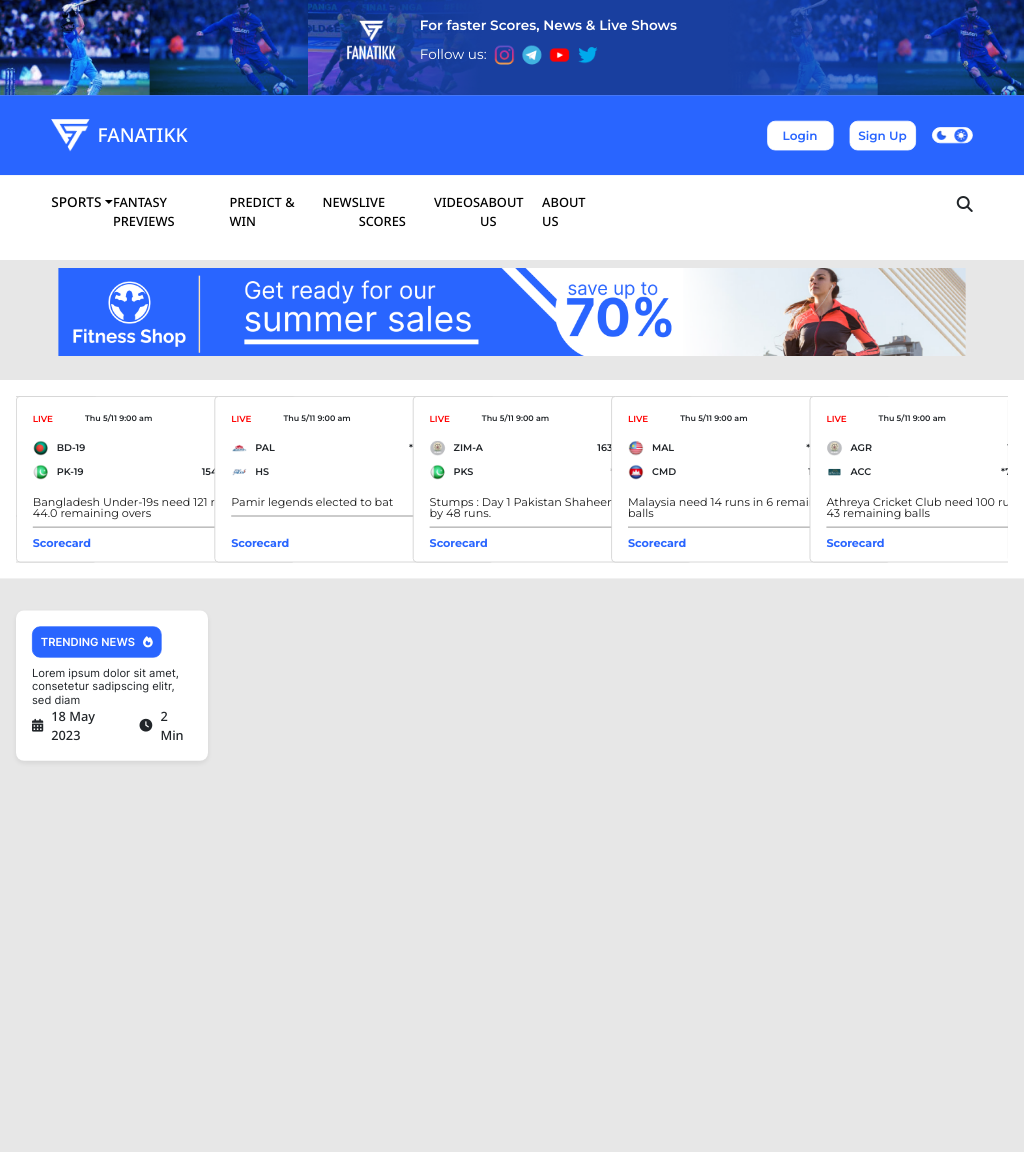
Repository: FlyweisReact/Kannapa
Page: /
An editor plug-in stored every save of this project. The page is shown before and after a run of saves, followed by the edit.
The browser window is 1280 px wide. The pictures show the whole page, at 80% of full size.
Some web libraries are served in a nearby version. The project was rebuilt for these pictures with package versions that can differ from the ones it lists, and the page was loaded fresh each time. Also part of the build but not shown: src/Components/Layout/Footer.js, src/Components/Sliders/Index-video-Slider.js, src/Components/firstScreen.jsx, src/Components/secondScreen.jsx, src/Components/thirdScreen.jsx, src/Components/fourthScreen.jsx, src/CSS/Footer.css.

Above is the page before, as saved 2023-06-03 13:35:46.

### public/index.html
<!DOCTYPE html>
<html lang="en">
  <head>
    <meta charset="utf-8" />
    <link rel="icon" href="%PUBLIC_URL%/favicon.ico" />
    <meta name="viewport" content="width=device-width, initial-scale=1" />
    <meta name="theme-color" content="#000000" />
    <meta
      name="description"
      content="Web site created using create-react-app"
    />
    <link rel="apple-touch-icon" href="%PUBLIC_URL%/logo192.png" />

    <link rel="manifest" href="%PUBLIC_URL%/manifest.json" />
    <link href="https://fonts.googleapis.com/css2?family=Roboto+Mono:ital,wght@1,300&display=swap" rel="stylesheet">
    <title>React App</title>
  </head>
  <body>
    <noscript>You need to enable JavaScript to run this app.</noscript>
    <div id="root"></div>
    <script src="https://code.jquery.com/jquery-3.6.0.min.js"></script>
    <script src="https://kit.fontawesome.com/b533b351e4.js" crossorigin="anonymous"></script>
  </body>
</html>

### src/index.js
import React from 'react';
import ReactDOM from 'react-dom/client';
import './index.css';
import App from './App';
import {BrowserRouter} from "react-router-dom";
import 'bootstrap/dist/css/bootstrap.min.css';
import 'slick-carousel/slick/slick.css';
import 'slick-carousel/slick/slick-theme.css';

const root = ReactDOM.createRoot(document.getElementById('root'));
root.render(
  <React.StrictMode>
    <BrowserRouter>
      <App />
    </BrowserRouter>
  </React.StrictMode>
);

### src/index.css
/* Fonts */
@font-face {
  font-family:  Noto Sans;
  src: url(../Fonts/NotoSans-Medium.ttf);
}
@font-face {
  font-family:  Montserrat;
  src: url(../Fonts/Montserrat-Italic-VariableFont_wght.ttf);
}
@font-face {
  font-family:  MontserratNormal;
  src: url(../Fonts/Montserrat-VariableFont_wght.ttf);
}
@font-face {
  font-family:  Inter;
  src: url(../Fonts/Inter-VariableFont_slnt\,wght.ttf);
}

/* Var() */
:root {
  --mediumFont: 24px;
}


body {
  margin: 0;
  font-family: NOto Sans;
  background-color: #e7e7e7 !important;
}
* {
  padding: 0;
  margin: 0;
  font-family: Noto Sans;
}
code {
  font-family:Noto Sans;
}
html{
  font-family: Noto Sans;
}

/* === first screen styling ====*/



.second1 {
  display: flex;
  justify-content: space-between;
  margin-left: 5%;
  width: 90%;
  margin-top: 30px;
  gap: 20px;
}
.second1l {
  width: 70%;
}
.second2 {
  background-color: #fff;
}
.second2 img {
  width: 100%;
}
.second2 p {
  font-family: "Segoe UI";
  font-style: normal;
  font-weight: 400;
  font-size: 19.5298px;
  line-height: 25px;
  text-align: left;
  color: #1d1d1d;
}

.second2 h2 {
  font-family: "Segoe UI";
  font-style: normal;
  font-weight: 700;
  font-size: 30.8351px;
  line-height: 53px;
  text-align: left;
  color: #1d1d1d;
}

.second2 h5 {
  font-family: "Segoe UI";
  font-style: normal;
  font-weight: 400;
  font-size: 20.6316px;
  line-height: 39px;
  text-align: left;
  color: #1d1d1d;
  margin: 5px;
}
.second2 h6 {
  text-align: left;
  font-weight: 400;
  font-size: 21.3053px;
  line-height: 29px;
  margin-top: 5px;
}
.sp {
  color: #2965ff;
}
.second1r {
  width: 30%;
}
.second3 {
  background-color: #fff;
  width: 100%;
  box-shadow: 0px 3.6px 7.2px rgba(0, 0, 0, 0.08);
  border-radius: 12px;
}
.second3 button {
  width: 123.8px;
  height: 44.2px;
  background: #2965ff;
  border-radius: 12px;
  color: #fff;
  border: none;
  margin-left: 0px;
  margin-top: 5px;
  margin-bottom: 5px;
}

.second4 {
  margin: 2px;
}
.second4 img {
  width: 100%;
  height: 200px;
  display: flex;
  flex-direction: column;
}
.second4 h6 {
  font-family: "Montserrat";
  font-style: normal;
  font-weight: 900;
  font-size: 13.2px;
  line-height: 17px;
  text-align: left;
  color: #1d1d1d;
  margin-top: 8px;
}
.second4 h3 {
  font-family: "Montserrat";
  font-style: normal;
  font-weight: 600;
  font-size: 22px;
  line-height: 31px;
  text-align: left;
  color: #1d1d1d;
  margin-top: 10px;
}

.horizontal {
  border: 1px solid #e6e6e6;
}

.second5 {
  display: flex;
  justify-content: space-between;
  margin-top: 10px;
  gap: 10px;
  width: 100%;
}
.second5l {
  width: 49%;
}
.second5r {
  width: 49%;
}
.second5l img {
  width: 100%;
  padding: 10px;
  border-radius: 12px;
}
.second5r {
  padding: 10px;
}
.second5r h6 {
  font-family: "Montserrat";
  font-style: normal;
  font-weight: 900;
  font-size: 13.2px;
  line-height: 17px;
  text-align: left;
  color: #1d1d1d;
}
.second5r p {
  font-family: "Montserrat";
  font-style: normal;
  font-weight: 600;
  font-size: 20.6px;
  line-height: 26px;
  text-align: left;
  color: #1d1d1d;
  margin-top: 5px;
}

.second6 {
  margin-top: 20px;
  width: 100%;
}
.second6 img {
  width: 100%;
}
.sec3 {
  margin-top: 40px;
}
.sec2 {
  margin-top: 40px;
}

.third1 {
  display: block;
  justify-content: center;
  gap: 20px;
  width: 90%;
  margin: auto;
  margin-top: 40px;

  background-color: #fff;
}
.third2 {
  width: 10%;
  height: 40px;
  background: #2965ff;
  border-radius: 4px;
  border: none;
  margin-top: 10px;
  margin-bottom: 10px;
  margin-right: 10px;
  color: #fff;
  font-family: "Noto Sans";
  font-style: normal;
  font-weight: 700;
  font-size: 14px;
  line-height: 19px;
  color: #ffffff;
}

.third3 {
  width: 10%;
  height: 40px;
  background: #bfbfbf;
  border-radius: 4px;
  border: none;
  margin-top: 10px;
  margin-bottom: 10px;
  margin-right: 10px;
  color: #fff;
  font-family: "Noto Sans";
  font-style: normal;
  font-weight: 700;
  font-size: 14px;
  line-height: 19px;
  color: #1d1d1d;
}

.third4 {
  display: flex;
  gap: 20px;
  justify-content: space-between;
  width: 90%;
  margin: auto;
  margin-top: 30px;
}
.third4l {
  width: 70%;
}
.third4r {
  width: 30%;
}
.third5 {
  display: flex;
  justify-content: space-between;
  background-color: #fff;
  height: 40px;
}
.third5 p {
  font-family: "Montserrat";
  font-style: normal;
  font-weight: 600;
  font-size: 16.7639px;
  line-height: 35px;
  margin-left: 20px;
  color: #1d1d1d;
  margin-bottom: 5px;
  margin-top: 10;
}
.third5 button {
  width: 10%;
  background: #2965ff;
  border-radius: 4px;
  border: none;
  color: #fff;
  height: 35px;
}
.third6 {
  display: grid;
  grid-template-columns: auto auto;
  margin-top: 20px;
  gap: 20px;
}
.third6itm {
  height: 100%;
  background: #ffffff;
  border: 1px solid #bfbfbf;
  box-shadow: 0px 2.21114px 4.42229px rgba(0, 0, 0, 0.08);
  border-radius: 11.0557px;
}
.third7 {
  display: flex;
  justify-content: space-between;
  width: 96%;
  margin: auto;
  margin-top: 20px;
}
.third7l {
  display: flex;
  gap: 10px;
}
.third7l img {
  height: 40px;
}
.third7 h5 {
  font-weight: 700;
  font-size: 20.478px;
  line-height: 21px;
  color: #000000;
  margin-top: 5px;
}
.third6itm h4 {
  font-family: "Arial";
  font-style: normal;
  font-weight: 600;
  font-size: 22.6891px;
  line-height: 22px;
  text-align: left;
  color: #000000;
  margin-top: 10px;
  margin-left: 6px;
}
.third6itm p {
  font-family: "Arial";
  font-weight: 400;
  font-size: 14.3724px;
  line-height: 20px;
  text-align: left;
  margin-top: 10px;
  margin-left: 6px;
  color: #2965ff;
}
.third6itm button {
  background: #2965ff;
  border-radius: 4.42229px;
  font-family: "Arial";
  font-style: normal;
  font-weight: 700;
  font-size: 24px;
  line-height: 19px;
  color: #ffffff;
  text-align: center;
  margin-top: 20px;
  width: 50%;
  height: 60px;
  border: none;
  margin-right: 46%;
}
.th5 {
  margin-top: 30px;
}

.third8 {
  background-color: #fff;
  border: 1px solid #bfbfbf;
}
.third9 {
  display: flex;
  justify-content: left;
  margin-left: 2%;
  margin-top: 10px;
}
.third9 button {
  background: #2965ff;
  border-radius: 10px;
  width: 30%;
  height: 40px;
  border: none;
  color: #fff;
}
.third10 {
  width: 95%;
  margin: auto;
  margin-top: 10px;
}
.third10 h4 {
  font-family: "Montserrat";
  font-style: normal;
  font-weight: 400;
  font-size: 24.1067px;
  line-height: 30px;
  text-align: left;
  color: #1d1d1d;
}
.third10 p {
  font-family: "Montserrat";
  font-style: normal;
  font-weight: 300;
  font-size: 14.9333px;
  line-height: 22px;
  text-align: left;
  color: #1d1d1d;
  margin-top: 12px;
}

.horizontal2 {
  width: 95%;
  margin: auto;
  border: 1px solid #bfbfbf;
  margin-top: 20px;
}
.third11 {
  margin-top: 20px;
  margin-bottom: 20px;
  font-family: "Montserrat";
  font-style: normal;
  font-weight: 700;
  font-size: 30.52px;
  line-height: 32px;
  color: #2965ff;
}

.third12 {
  margin-top: 30px;
  width: 100%;
}
.third12 img {
  width: 100%;
}

.third13 {
  margin-top: 30px;
  background-color: #fff;
}
.third14 {
  margin-top: 10px;
  width: 90%;
  margin: auto;
  display: flex;
}
.third14 button {
  border: none;
  background: #2965ff;
  border-radius: 10px;
  height: 40px;
  width: 40%;
  font-family: "Inter";
  font-style: normal;
  font-weight: 700;
  font-size: 15px;
  line-height: 25px;
  color: #ffffff;
}
.third15 {
  width: 90%;
  margin: auto;
  margin-top: 20px;
}
.third15 img {
  width: 100%;
}
.third15 h4 {
  font-family: "Montserrat";
  font-style: normal;
  font-weight: 700;
  font-size: 20.1067px;
  line-height: 26px;
  text-align: left;
  color: #1d1d1d;
  margin-top: 8px;
}
.third15 p {
  text-align: left;
  margin-top: 6px;
  font-family: "Montserrat";
  font-style: normal;
  font-weight: 300;
  font-size: 12.9333px;
  line-height: 32px;
  color: #1d1d1d;
}

.fourth1 {
  display: flex;
  width: 90%;
  margin: auto;
  margin-top: 30px;
  justify-content: space-between;
  gap: 20px;
}
.fourth1l {
  width: 70%;
}
.fourth1r {
  width: 30%;
}

.fourth2 {
  background: #0c1f4f;
}
.fourth3 {
  margin-top: 5px;
  padding-top: 10px;
  margin-left: 20px;
  display: flex;
  gap: 20px;
}
.fourth3 img {
  width: 50px;
}
.fourth3 h2 {
  font-family: "Noto Sans";
  font-style: normal;
  font-weight: 600;
  font-size: 20.04px;
  line-height: 25px;

  color: #ffffff;
}

.fourth3 p {
  font-family: "Noto Sans";
  font-style: normal;
  font-weight: 700;
  font-size: 15.48px;
  line-height: 18px;
  color: #ffffff;
  margin-bottom: 10px;
}

.fourth4 {
  background: #2965ff;
  box-shadow: 0px 1.64px 6.56px rgba(0, 0, 0, 0.08);
}

.fourth5 {
  display: flex;
  justify-content: space-between;
  margin-left: 5%;
  padding-top: 20px;
  width: 70%;
}
.fourth6 {
  display: flex;
  gap: 10px;
}
.fourth6 img {
  width: 50px;
  height: 50px;
}
.fourth6 h4 {
  margin-top: 10px;
  font-family: "Noto Sans";
  font-style: normal;
  font-weight: 700;
  font-size: 24.04px;
  line-height: 25px;
  color: #ffffff;
}
.fourth5 h2 {
  font-family: "Noto Sans";
  font-style: normal;
  font-weight: 700;
  font-size: 24.04px;
  line-height: 25px;
  color: #ffffff;
  margin-top: 10px;
}

.fourthP {
  margin-left: 15px;
  margin-top: 20px;
  padding-bottom: 20px;
  font-family: "Noto Sans";

  font-weight: 300;
  font-size: 18.3px;
  line-height: 22px;
  color: #ffffff;
}

.fourth7 {
  margin-top: 30px;
}
.fourth8 {
  width: 100%;
}
thead {
  background-color: #2965ff;
  height:30px;
  color: #fff;
}
.fourth9 {
  display: flex;
  gap: 10px;
}
.fourth9 img {
  width: 60px;
  height: 60px;
}
.fourth10 {
  display: flex;
  gap: 5px;
  flex-direction: column;
  margin-top: 12px;
}
.fourth10 h6{
  font-family: 'Noto Sans';
  font-style: normal;
  font-weight: 700;
  font-size: 15.9151px;
  line-height: 18px;
  color: #1D1D1D;
}
.fourth10 p{
  font-family: 'Noto Sans';
  font-style: normal;
  font-weight: 600;
  font-size: 13.6415px;
  line-height: 18px;

  color: rgba(29, 29, 29, 0.5);
  opacity: 0.5;
}

### src/CSS/Navbar.css
/**
 * === navbar styling ====
 *
 * @format
 */
.Stick-navbar{
    height: 100%;
    transition: box-shadow 0.3s ease;
    height: 100px;
}
.Navbar {
  display: flex;
  justify-content: space-between;
  background: #2965ff;
  padding: 20px;
  width: 100%;
  gap: 20px;
  position: fixed !important;
  top: 0;
  z-index: 999;
  transition: box-shadow 0.3s ease;
  align-items: center;
}

.Navbar .Left_Container {
  width: 30%;
}
.Navbar .Left_Container .Logo_Div {
  display: flex;
  gap: 10px;
  justify-content: center;
  align-items: center;
}
.Navbar .Left_Container .Logo_Div p {
  color: #fff;
  font-size: var(--mediumFont);
  margin: 0;
}
.Navbar .Left_Container .Logo_Div img {
  width: 47.73px;
  height: 40px;
}

.Navbar .Right_Container {
  width: 70%;
  display: flex;
  justify-content: center;
  gap: 40px;
}
.Navbar .Right_Container .Item {
  display: flex;
  justify-content: baseline;
}

.Navbar .Right_Container .Item p {
  font-size: 16px;
  cursor: pointer;
  color: #ffffff;
  padding-top: 2px;
}

.Navbar .Right_Container .Item .DropDown {
  border: none;
  color: #fff;
  font-size: 17px;
  cursor: pointer;
  color: #ffffff;
  margin: 0;
  padding: 0;
}
.Navbar .Right_Container .Item .fa-magnifying-glass {
  color: #fff;
  font-size: 18px;
  cursor: pointer;
  padding-top: 7px;
}
.Navbar .Right_Container .Item .Toggle{
  width: 51.43px;
  height: 19.03px;
  display: flex;
  justify-content: space-between;
  align-items: center;
  padding-left: 5px;
  padding-right: 5px;
  border-radius: 10px;
  background-color: #fff;
  border: 1px solid #fff;
  cursor: pointer;
  align-items: center;
  margin-top: 8px;
}


/* Header 2 */
.Header1 {
  background-image: url("../../public/Images/22.png");
  color: #ffffff;
  width: 100%;
  background-repeat: no-repeat;
  background-size: cover;
  height: 119px;
  padding: 20px;
}
.Header1 .Main {
  display: flex;
  align-items: center;
  justify-content: center;
  gap: 30px;
}
.Header1 .Main p {
  margin: 0;
}
.Header1 .Main .Head {
  font-family: MontserratNormal;
  font-weight: 600;
  font-size: 17px;
  color: #ffffff;
}

.Header1 .Main .Two {
  display: flex;
  gap: 10px;
  margin-top: 10px;
  align-items: center;
}
.Header1 .Main .Two p {
  font-family: MontserratNormal;
  font-style: normal;
  font-weight: 400;
  font-size: 17px;
  line-height: 17px;
  color: #ffffff;
}
.Header1 .Main .Social {
  display: flex;
  gap: 10px;
  align-items: center;
}

/* Fading Navbar */

.Fading_Nav {
  display: flex;
  justify-content: space-between;
  background: #2965ff;
  padding: 30px;
  width: 100%;
  gap: 20px;
  align-items: center;
  padding-left: 5%;
  padding-right: 5%;
}

.Fading_Nav .Left_Container {
  width: 30%;
}
.Fading_Nav .Left_Container .Logo_Div {
  display: flex;
  gap: 10px;
  justify-content: flex-start;
  align-items: center;
}
.Fading_Nav .Left_Container .Logo_Div p {
  color: #fff;
  font-size: var(--mediumFont);
  margin: 0;
}
.Fading_Nav .Left_Container .Logo_Div img {
  width: 47.73px;
  height: 40px;
}

.Fading_Nav .Right_Container {
  width: 70%;
  display: flex;
  justify-content: flex-end;
  gap: 20px;
  align-items: center;
}
.Fading_Nav .Right_Container button {
  font-family: MontserratNormal;
  font-style: normal;
  font-weight: 600;
  width: 83px;
  height: 37px;
  border-radius: 10px;
  font-size: 15px;
  line-height: 19px;
  color: #2965ff;
  background-color: #fff;
  border: 1px solid #fff;
  cursor: pointer;
}
.Fading_Nav .Right_Container .Toggle {
  width: 51.43px;
  height: 19.03px;
  display: flex;
  justify-content: space-between;
  align-items: center;
  padding-left: 5px;
  padding-right: 5px;
}


/* Fading Category */
.Fading_Category{
    display: flex;
    justify-content: space-between;
    padding: 20px;
    background-color: #fff;
    padding-left: 5%;
    padding-right: 5%;
}
.Fading_Category .Left_Container {
    display: flex;
    justify-content: space-between;
    width: 60%;
}

.Fading_Category .Left_Container .Item {
    display: flex;
    justify-content: baseline;
  }

  .Fading_Category .Left_Container .Item p {
    font-size: 16px;
    cursor: pointer;
    color: #000;
    padding-top: 2px;
  }

  .Fading_Category .Left_Container .Item .DropDown {
    border: none;
    font-size: 17px;
    cursor: pointer;
    color: #000;
    margin: 0;
    padding: 0;
    border: none;
  }

.Fading_Category .Right_Container i{
    font-size: 20px;
    padding-top: 7px;
}


/* Fading Effect */
.HomePage{
    min-height: 200vh;
}
.fade-out{
    opacity: 0;
    transition: opacity 0.5s;
    height: 0;
    overflow: hidden;
}
.fade-in{
    opacity: 1;
    transition: opacity 0.5s;
    height: auto;
    overflow: hidden;
    width: 100%;
}

### src/CSS/Component.css
/** @format */

/* Fading Header */

/* Home Screen */
.Index_Center_Banner {
  width: 100%;
  padding: 10px;
}

.Index_Center_Banner img {
  width: 90%;
  display: block;
  margin: auto;
}

.Index_Center_GIF {
  width: 100%;
  padding: 10px;
}

.Index_Center_GIF img {
  width: 90%;
  display: block;
  margin: auto;
  height: 500px;
}

.Index_Center_Desc {
  display: flex;
  width: 90%;
  padding: 10px;
  margin: auto;
}

.Index_Center_Desc .Main_Comp {
  text-align: left;
}
.Index_Center_Desc .Main_Comp .head {
  font-size: 36px;
  color: #1d1d1d;
  text-shadow: 0px 1px 1px rgba(37, 37, 37, 0.5);
  margin: 0;
}

.Index_Center_Desc .Main_Comp .Two_Sec {
  display: flex;
  gap: 10px;
  align-items: flex-start;
}
.Index_Center_Desc .Main_Comp .Two_Sec img {
  height: 20px;
  margin-top: 4px;
}

.Index_Center_Desc .Main_Comp .Two_Sec p {
  color: rgba(29, 29, 29, 0.6);
  text-shadow: 0px 1px 1px rgba(37, 37, 37, 0.5);
  font-style: italic;
}

.Index_Center_Desc .Main_Comp .desc p {
  font-size: 16px;
  line-height: 24px;
  align-items: center;
  color: rgba(29, 29, 29, 0.6);
  max-width: 60%;
  font-style: italic;
  margin: 0;
}
.first5 p u {
  color: #333;
}

.Index_Logo_Div {
  display: flex;
  justify-content: space-between;
  align-items: center;
  width: 90%;
  margin: auto;
  padding-top: 10px;
  padding-bottom: 10px;
}
.Index_Logo_Div .Left_Comp {
  display: flex;
  gap: 10px;
  align-items: center;
}
.Index_Logo_Div .Right_Comp img {
  cursor: pointer;
}

.Index_Video_Slider {
  width: 90%;
  display: block;
  margin: auto;
  padding-top: 10px;
  padding-bottom: 10px;
}

.Video_Slider {
  width: 100%;
  /* padding: 20px; */
  display: block;
  margin: auto;
}
.Video_Slider .Main_Item {
  background: #ffffff;
  border: 1px solid #1d1d1d;
  border-radius: 10px;
  height: 400px;
}
.Video_Slider .Main_Item img {
  width: 100%;
  border-radius: 10px 10px 0px 0px;
}
.Video_Slider .Main_Item p {
  padding: 10px;
  font-family: Montserrat;
  font-size: 15px;
  line-height: 18px;
  color: #1d1d1d;
}
.Video_Slider .Main_Item:focus {
  outline: none;
}

.Index_Center_Button {
  width: 90%;
  display: block;
  margin: auto;
  padding-top: 10px;
  padding-bottom: 10px;
  margin-top: 2%;
  position: relative;
}
.Index_Center_Button button {
  font-family: Montserrat;
  font-size: 16px;
  line-height: 20px;
  text-transform: uppercase;
  width: 256px;
  color: #ffffff;
  background: #2965ff;
  border: 1px solid #2965ff;
  border-radius: 25px;
  padding: 10px;
  display: block;
  margin: auto;
}

.Index_Center_Button .empty {
  height: 4px !important;
  position: absolute;
  top: 50%;
  left: 50%;
  transform: translate(-50%, -50%);
  z-index: -1;
  background-color: #2965ff;
  width: 100%;
}

.Index_Three_Cont {
  width: 90%;
  display: grid;
  grid-template-columns: auto auto auto;
  gap: 20px;
  margin: auto;
  padding-top: 20px;
}
.Index_Three_Cont .Main_Component .head {
  font-family: Montserrat;
  font-style: normal;
  font-weight: 700;
  font-size: 22.3418px;
  line-height: 30px;
  color: #1d1d1d;
}
.Index_Three_Cont .Main_Component img {
  width: 100%;
}
.Index_Three_Cont .Main_Component .desc {
  font-family: Montserrat;
  font-style: normal;
  font-weight: 300;
  font-size: 15.9584px;
  line-height: 40px;
}

/* Score_Card_Slider */
.ScoreCard_Slider {
  background-color: #ffffff;
  padding: 20px;
  margin-top: 20px;
  margin-bottom: 20px;
}
.ScoreCard_Slider .Main_Item {
  border: 1px solid #cfcfcf;
  background-color: #fff;
  border-radius: 5px;
  padding: 20px;
  width: 350px !important;
  height: 208px !important;
  position: relative;
}
.ScoreCard_Slider .Main_Item .two_Sec {
  display: flex;
  gap: 40px;
  align-items: center;
  margin-bottom: 20px;
}
.ScoreCard_Slider .Main_Item .two_Sec p {
  margin: 0;
  font-family: MontserratNormal;
  font-style: normal;
  font-weight: 600;
  font-size: 10px;
  line-height: 14px;
}
.ScoreCard_Slider .Main_Item .two_Sec .first {
  margin: 0;
  font-family: MontserratNormal;
  font-style: normal;
  font-weight: 600;
  font-size: 11px;
  line-height: 14px;
  color: #ff0000;
}
.ScoreCard_Slider .slick-next:before {
  display: none !important;
}

.ScoreCard_Slider .Main_Item .Flags_Div {
  display: flex;
  justify-content: space-between;
  align-items: center;
  gap: 10px;
  margin-top: 10px;
}

.ScoreCard_Slider .Main_Item .Flags_Div div {
  display: flex;
  gap: 10px;
  align-items: center;
}
.ScoreCard_Slider .Main_Item .Flags_Div div p {
  margin: 0;
  font-family: MontserratNormal;
  font-style: normal;
  font-weight: 600;
  font-size: 12px;
  line-height: 17px;
}
.ScoreCard_Slider .Main_Item .desc {
  color: #1d1d1d;
  font-family: MontserratNormal;
  font-style: normal;
  font-weight: 400;
  font-size: 14px;
  line-height: 14px;
  width: 90%;
  margin: 0;
  margin-top: 20px;
}
.ScoreCard_Slider .Main_Item .empty {
  background-color: #bfbfbf;
  width: 100%;
  height: 2px;
  margin-top: 10px;
}
.ScoreCard_Slider .Main_Item .Scorecard {
  font-family: MontserratNormal;
  font-style: normal;
  font-weight: 700;
  font-size: 14px;
  line-height: 14px;
  position: absolute;
  letter-spacing: -0.11px;
  color: #2965ff;
  bottom: 0;
}

/* Index_Three_Sec_Layout */
.Index_Three_Sec_Layout {
  width: 100%;
  padding: 20px;
  display: flex;
  gap: 20px;
}
.Index_Three_Sec_Layout .left_Comp {
  width: 20%;
}
.Index_Three_Sec_Layout .Mid_Comp {
  width: 60%;
}
.Index_Three_Sec_Layout .Right_Comp {
  width: 20%;
}

.Index_Three_Sec_Layout .left_Comp .Trading_News {
  background-color: #fff;
  padding: 20px;
  box-shadow: 0px 3px 6px rgba(0, 0, 0, 0.08);
border-radius: 10px;
}
.Index_Three_Sec_Layout .left_Comp .Trading_News button {
  background-color: #2965ff;
  color: #fff;
  border: 1px solid #2965ff;
  text-transform: uppercase;
  border-radius: 10px;
  font-style: normal;
  font-weight: 600;
  font-size: 14px;
  line-height: 17px;
  font-family: Inter;
  padding: 10px;
  display: flex;
  gap: 10px;
  align-items: center;
}

.Index_Three_Sec_Layout .left_Comp .Trading_News .desc{
  margin-top: 10px;
}
.Index_Three_Sec_Layout .left_Comp .Trading_News .desc .head{
  font-family: Inter;
  font-style: normal;
  font-weight: 400;
  font-size: 14px;
  line-height: 17px;
margin: 0;
}


.Index_Three_Sec_Layout .left_Comp .Trading_News .desc .two_sec{
  display: flex;
  align-items: center;
  gap: 20px;
}
.Index_Three_Sec_Layout .left_Comp .Trading_News .desc .two_sec div{
  display: flex;
  align-items: center;
  gap: 10px;
}
.Index_Three_Sec_Layout .left_Comp .Trading_News .desc .two_sec div p{
margin: 0;
}

Loaded but not shown: src/App.css (common file); src/Components/Sliders/ScoreCard.js (443 lines, source omitted); src/Pages/HomeScreen.js (83 lines, source omitted); src/Components/Layout/Navbar.js (71 lines, source omitted); src/Components/Layout/FadingNav/FadingCategory.js (57 lines, source omitted); src/App.js (32 lines, source omitted); src/Components/Layout/FadingNav/FadingNav.js (27 lines, source omitted); src/Components/Layout/FadingNav/Header1.js (32 lines, source omitted)

After the next 2 saves:
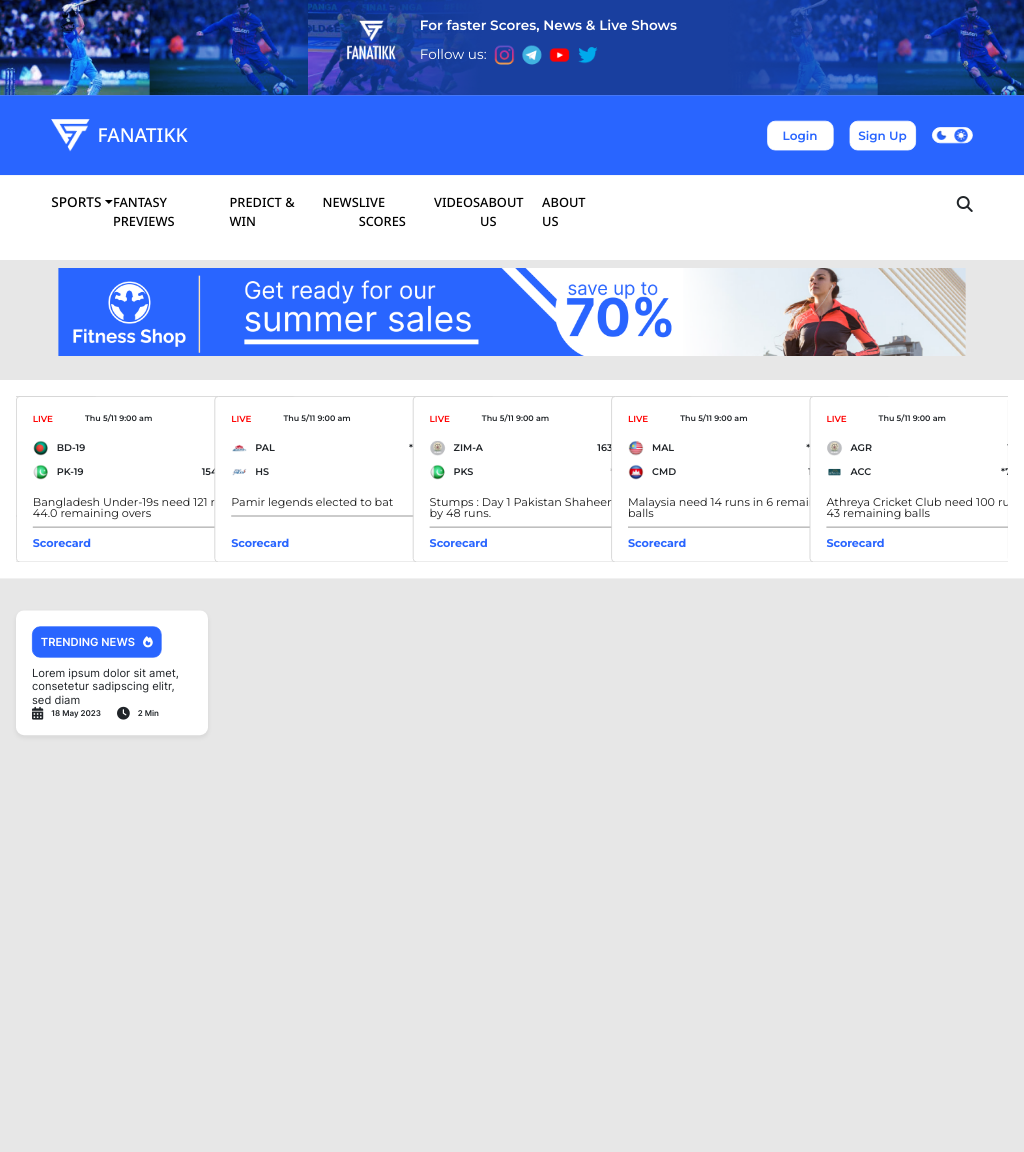
The 2 saves are shown as one change because they came seconds apart.
The last was saved 12 s later.
--- a/src/CSS/Component.css
+++ b/src/CSS/Component.css
@@ -345,4 +345,9 @@ margin: 0;
 }
 .Index_Three_Sec_Layout .left_Comp .Trading_News .desc .two_sec div p{
 margin: 0;
-}
+font-family: Inter;
+font-style: normal;
+font-weight: 600;
+font-size: 10px;
+line-height: 8px;
+}
